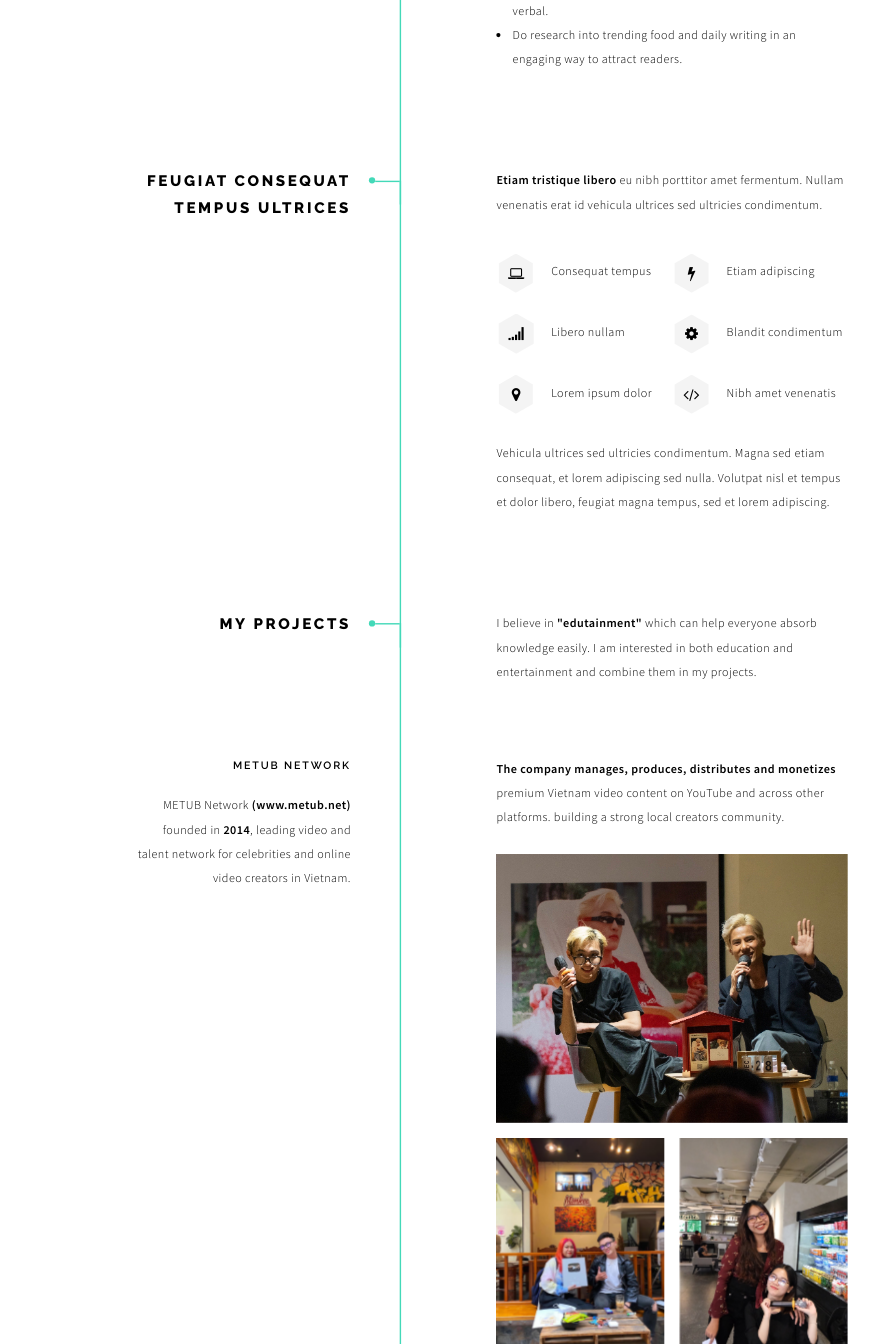
Repository: leonardin999/linh-porfolios
Page: index.html
These files come from the project's save history. The page is drawn as it stood at one moment and after the next save; the edit follows.
The browser window is 1280 px wide. The pictures show the part of the page from y = 2663 to 4583 px (the page is 8381 px tall before and 7749 px after), at 70% of full size.

Above is the page before, as saved 2023-01-24 21:07:02.

After the next save:
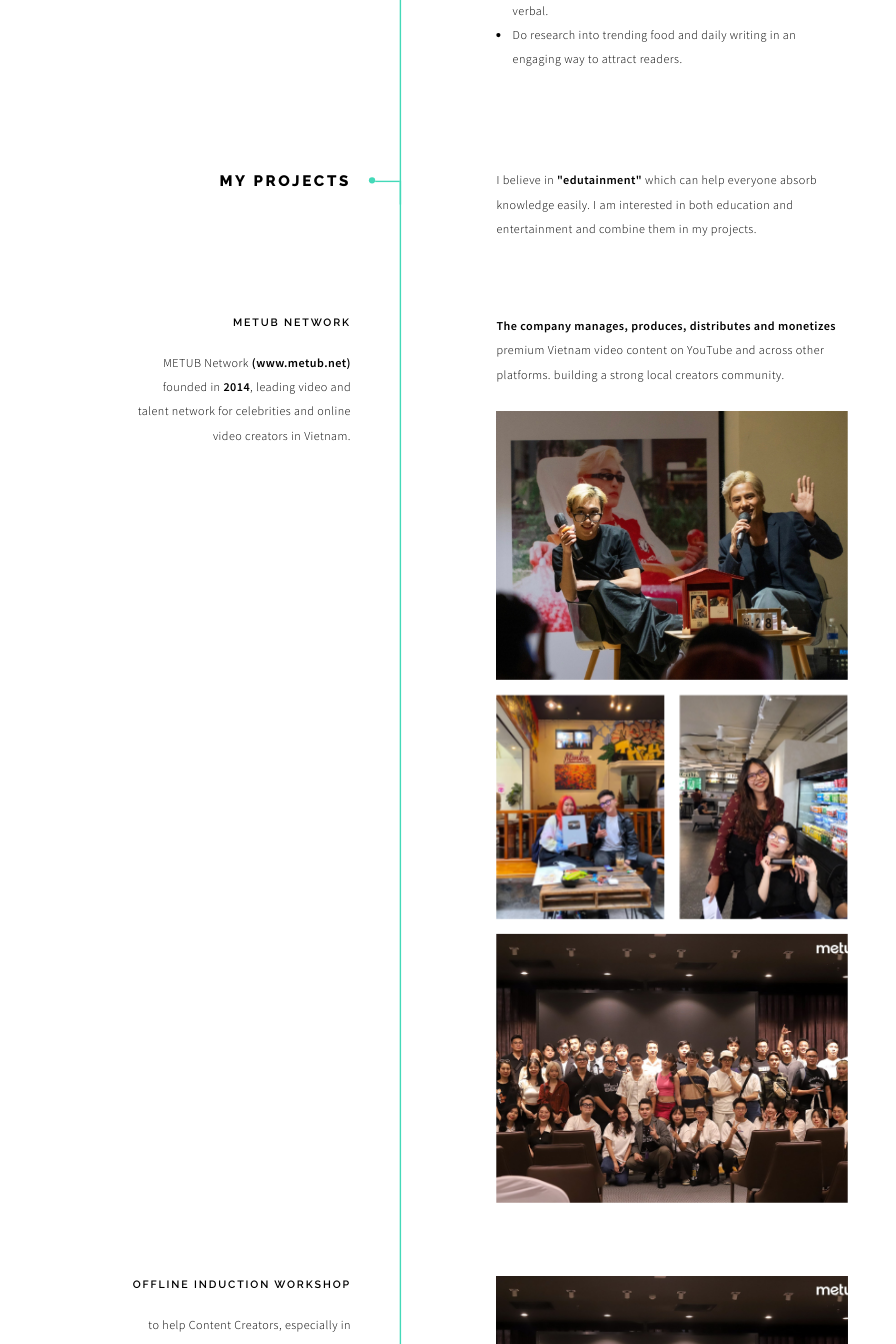
Saved 91 s later.
--- a/index.html
+++ b/index.html
@@ -87,34 +87,6 @@
           </p>
         </div>
       </section>
-
-      <!-- Section -->
-      <section>
-        <header>
-          <h2>Feugiat consequat tempus ultrices</h2>
-        </header>
-        <div class="content">
-          <p>
-            <strong>Etiam tristique libero</strong> eu nibh porttitor amet
-            fermentum. Nullam venenatis erat id vehicula ultrices sed ultricies
-            condimentum.
-          </p>
-          <ul class="feature-icons">
-            <li class="icon fa-laptop">Consequat tempus</li>
-            <li class="icon fa-bolt">Etiam adipiscing</li>
-            <li class="icon fa-signal">Libero nullam</li>
-            <li class="icon fa-gear">Blandit condimentum</li>
-            <li class="icon fa-map-marker">Lorem ipsum dolor</li>
-            <li class="icon fa-code">Nibh amet venenatis</li>
-          </ul>
-          <p>
-            Vehicula ultrices sed ultricies condimentum. Magna sed etiam
-            consequat, et lorem adipiscing sed nulla. Volutpat nisl et tempus et
-            dolor libero, feugiat magna tempus, sed et lorem adipiscing.
-          </p>
-        </div>
-      </section>
-
       <!-- Section -->
       <section>
         <header>
